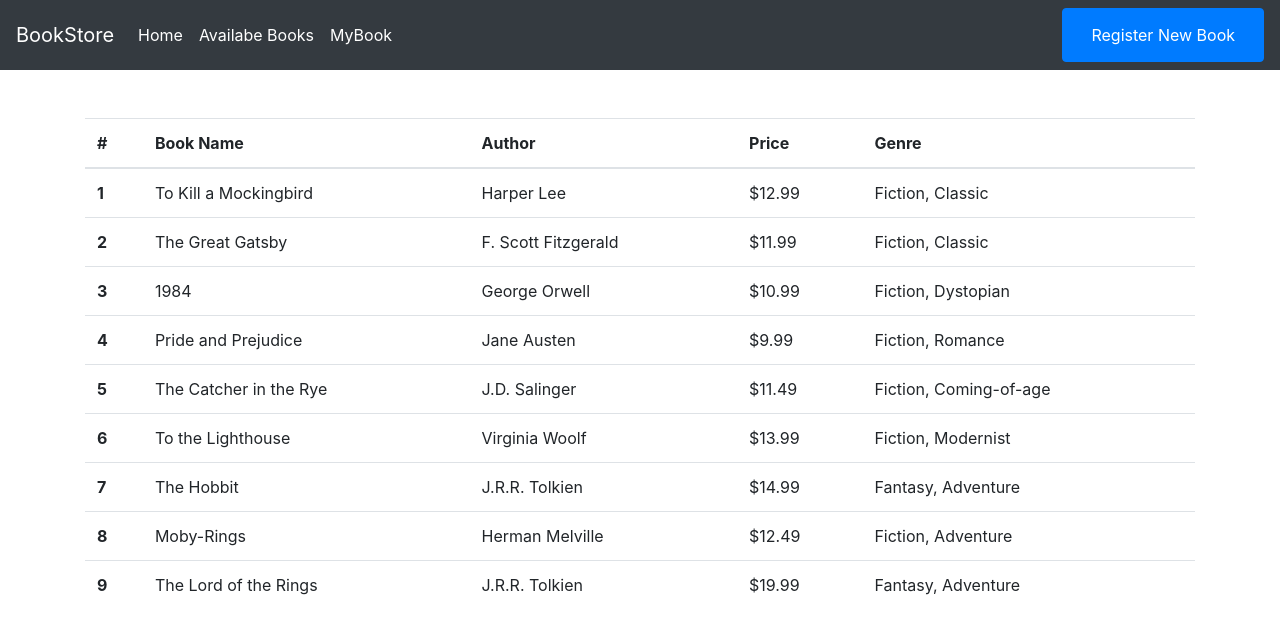
Repository: Sumanta-Sahoo/BookStoreApp
Page: bookstore/src/main/resources/static/availabeBooks.html
The author's editor kept a copy of each file at every save. The page is drawn from the files as they stood at one save, then again after the next save.
The browser window is 1280 px wide. The pictures show the whole page.

Above is the page before, as saved 2024-03-18 23:37:23.

### bookstore/src/main/resources/static/availabeBooks.html
<!doctype html>
<html lang="en" xmlns:th="https://www.thymeleaf.com">

<head>
	<!-- Required meta tags -->
	<meta charset="utf-8">
	<meta name="viewport" content="width=device-width, initial-scale=1, shrink-to-fit=no">

	<!-- Bootstrap CSS -->
	<link rel="stylesheet" href="https://cdn.jsdelivr.net/npm/bootstrap@4.4.1/dist/css/bootstrap.min.css"
		integrity="sha384-Vkoo8x4CGsO3+Hhxv8T/Q5PaXtkKtu6ug5TOeNV6gBiFeWPGFN9MuhOf23Q9Ifjh" crossorigin="anonymous">

	<title>BookStore</title>
</head>

<body>
	<nav class="navbar navbar-expand-lg navbar-light bg-dark">
		<a class="navbar-brand text-white" href="#">BookStore</a>
		<button class="navbar-toggler" type="button" data-toggle="collapse" data-target="#navbarSupportedContent"
			aria-controls="navbarSupportedContent" aria-expanded="false" aria-label="Toggle navigation">
			<span class="navbar-toggler-icon"></span>
		</button>

		<div class="collapse navbar-collapse" id="navbarSupportedContent">
			<ul class="navbar-nav mr-auto">
				<li class="nav-item active">
					<a class="nav-link text-white" href="#">Home<span class="sr-only">(current)</span></a>
				</li>
				<li class="nav-item">
					<a class="nav-link text-white" href="availabe_books">Availabe Books</a>
				</li>
				<li class="nav-item">
					<a class="nav-link text-white" href="my_books">MyBook</a>
				</li>
			</ul>
			<div>
				<button type="button" class="btn btn-primary"><a class="nav-link text-white"
						href="bookRegister">Register New Book</a></button>
			</div>

		</div>
	</nav>


	<div class="container my-5">
		<table class="table table-white table-hover">
			<thead>
				<tr>
					<th scope="col">#</th>
					<th scope="col">Book Name</th>
					<th scope="col">Author</th>
					<th scope="col">Price</th>
					<th scope="col">Genre</th>
				</tr>
			</thead>
			<tbody class="table-group-divider">
				<tr>
					<th scope="row">1</th>
					<td>To Kill a Mockingbird</td>
					<td>Harper Lee</td>
					<td>$12.99</td>
					<td>Fiction, Classic</td>
				</tr>
				<tr>
					<th scope="row">2</th>
					<td>The Great Gatsby</td>
					<td>F. Scott Fitzgerald</td>
					<td>$11.99</td>
					<td> Fiction, Classic</td>
				</tr>
				<tr>
					<th scope="row">3</th>
					<td>1984</td>
					<td>George Orwell</td>
					<td>$10.99</td>
					<td>Fiction, Dystopian</td>
				</tr>
				<tr>
					<th scope="row">4</th>
					<td>Pride and Prejudice</td>
					<td>Jane Austen</td>
					<td> $9.99</td>
					<td>Fiction, Romance</td>
				</tr>
				<tr>
					<th scope="row">5</th>
					<td>The Catcher in the Rye</td>
					<td>J.D. Salinger</td>
					<td>$11.49</td>
					<td>Fiction, Coming-of-age</td>
				</tr>
				<tr>
					<th scope="row">6</th>
					<td>To the Lighthouse</td>
					<td>Virginia Woolf</td>
					<td> $13.99</td>
					<td>Fiction, Modernist</td>
				</tr>
				<tr>
					<th scope="row">7</th>
					<td>The Hobbit</td>
					<td>J.R.R. Tolkien</td>
					<td>$14.99</td>
					<td>Fantasy, Adventure</td>
				</tr>
				<tr>
					<th scope="row">8</th>
					<td>Moby-Rings</td>
					<td>Herman Melville</td>
					<td>$12.49</td>
					<td>Fiction, Adventure</td>
				</tr>
				<tr>
					<th scope="row">9</th>
					<td>The Lord of the Rings</td>
					<td>J.R.R. Tolkien</td>
					<td>$19.99</td>
					<td>Fantasy, Adventure</td>
				</tr>

			</tbody>
		</table>
	</div>

	<!-- Optional JavaScript -->
	<!-- jQuery first, then Popper.js, then Bootstrap JS -->
	<script src="https://code.jquery.com/jquery-3.4.1.slim.min.js"
		integrity="sha384-J6qa4849blE2+poT4WnyKhv5vZF5SrPo0iEjwBvKU7imGFAV0wwj1yYfoRSJoZ+n"
		crossorigin="anonymous"></script>
	<script src="https://cdn.jsdelivr.net/npm/popper.js@1.16.0/dist/umd/popper.min.js"
		integrity="sha384-Q6E9RHvbIyZFJoft+2mJbHaEWldlvI9IOYy5n3zV9zzTtmI3UksdQRVvoxMfooAo"
		crossorigin="anonymous"></script>
	<script src="https://cdn.jsdelivr.net/npm/bootstrap@4.4.1/dist/js/bootstrap.min.js"
		integrity="sha384-wfSDF2E50Y2D1uUdj0O3uMBJnjuUD4Ih7YwaYd1iqfktj0Uod8GCExl3Og8ifwB6"
		crossorigin="anonymous"></script>
</body>

</html>

After the next save:
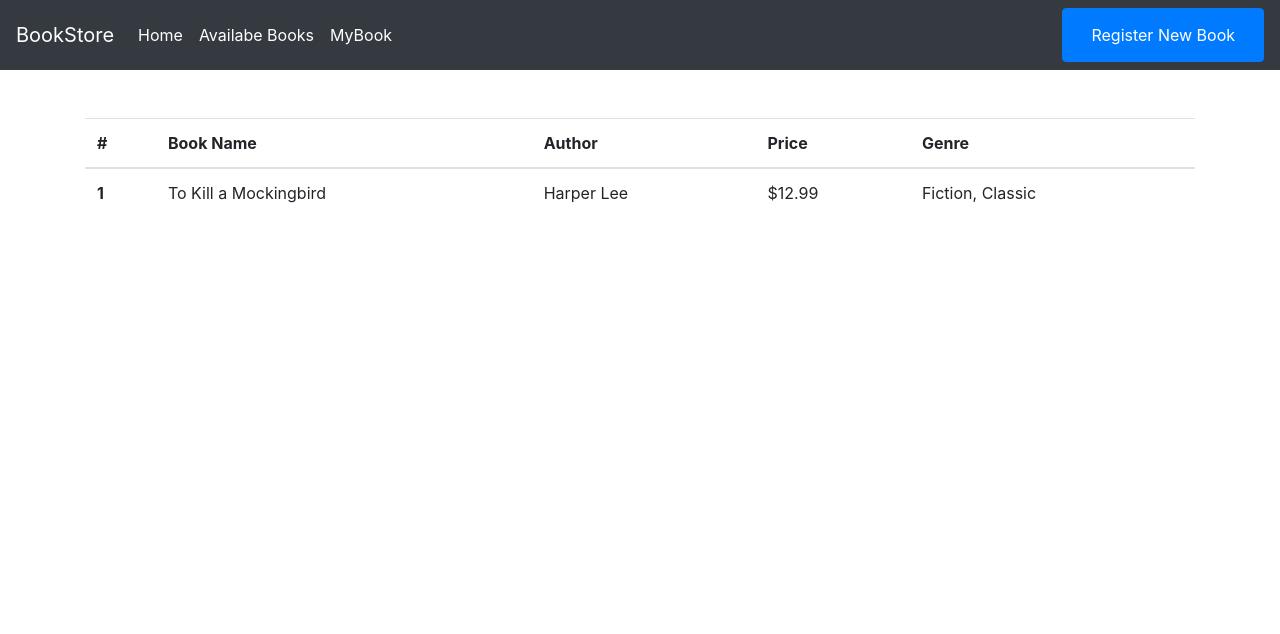
Saved 28 s later.
--- a/bookstore/src/main/resources/static/availabeBooks.html
+++ b/bookstore/src/main/resources/static/availabeBooks.html
@@ -61,63 +61,6 @@
 					<td>$12.99</td>
 					<td>Fiction, Classic</td>
 				</tr>
-				<tr>
-					<th scope="row">2</th>
-					<td>The Great Gatsby</td>
-					<td>F. Scott Fitzgerald</td>
-					<td>$11.99</td>
-					<td> Fiction, Classic</td>
-				</tr>
-				<tr>
-					<th scope="row">3</th>
-					<td>1984</td>
-					<td>George Orwell</td>
-					<td>$10.99</td>
-					<td>Fiction, Dystopian</td>
-				</tr>
-				<tr>
-					<th scope="row">4</th>
-					<td>Pride and Prejudice</td>
-					<td>Jane Austen</td>
-					<td> $9.99</td>
-					<td>Fiction, Romance</td>
-				</tr>
-				<tr>
-					<th scope="row">5</th>
-					<td>The Catcher in the Rye</td>
-					<td>J.D. Salinger</td>
-					<td>$11.49</td>
-					<td>Fiction, Coming-of-age</td>
-				</tr>
-				<tr>
-					<th scope="row">6</th>
-					<td>To the Lighthouse</td>
-					<td>Virginia Woolf</td>
-					<td> $13.99</td>
-					<td>Fiction, Modernist</td>
-				</tr>
-				<tr>
-					<th scope="row">7</th>
-					<td>The Hobbit</td>
-					<td>J.R.R. Tolkien</td>
-					<td>$14.99</td>
-					<td>Fantasy, Adventure</td>
-				</tr>
-				<tr>
-					<th scope="row">8</th>
-					<td>Moby-Rings</td>
-					<td>Herman Melville</td>
-					<td>$12.49</td>
-					<td>Fiction, Adventure</td>
-				</tr>
-				<tr>
-					<th scope="row">9</th>
-					<td>The Lord of the Rings</td>
-					<td>J.R.R. Tolkien</td>
-					<td>$19.99</td>
-					<td>Fantasy, Adventure</td>
-				</tr>
-
 			</tbody>
 		</table>
 	</div>
